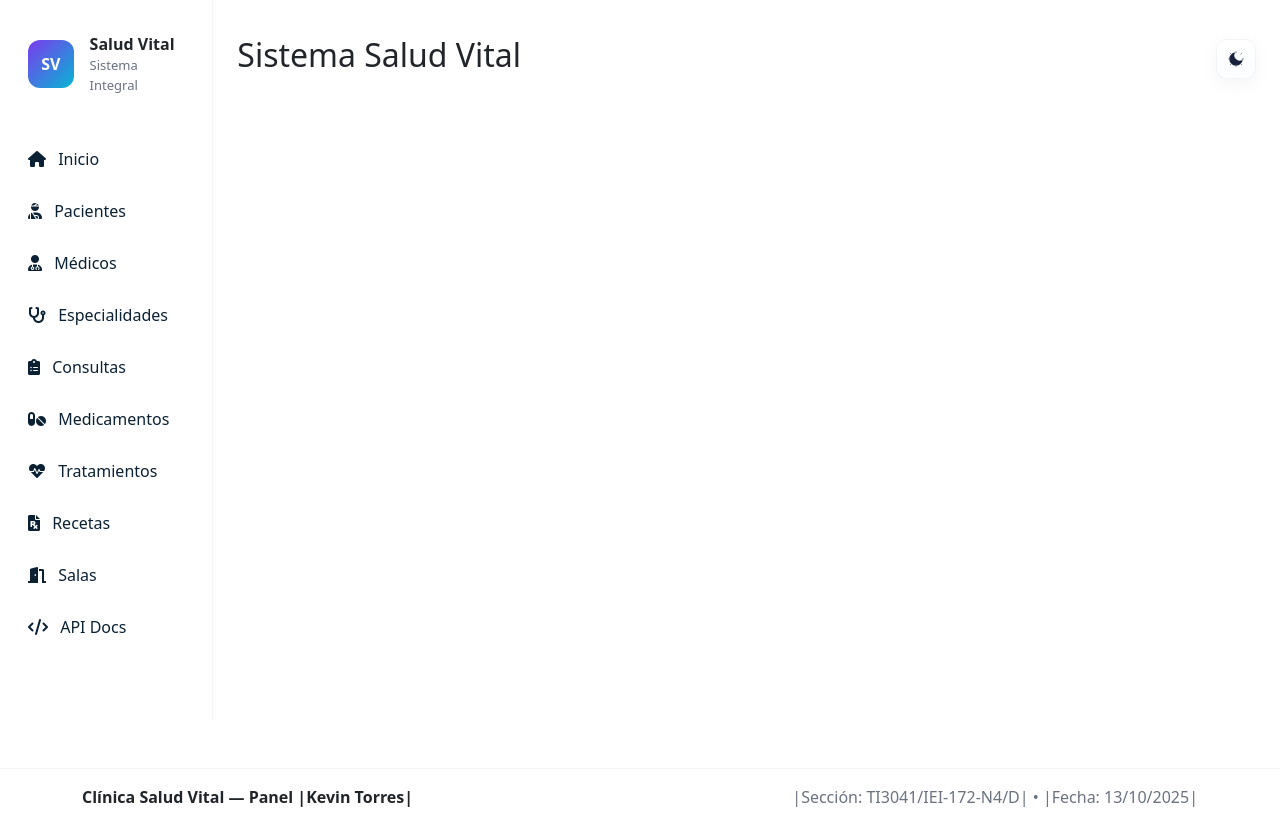
Repository: KeviNozh/eva2_clinica
Page: templates/base.html
These files come from the project's save history. The page is drawn as it stood at one moment and after the next save; the edit follows.
The browser window is 1280 px wide. The pictures show the whole page.
The template is drawn by Django 5.2. The application's start-up code is not run. The template is opened directly, without the code that normally fills it, so the values that code supplies are empty.

Above is the page before, as saved 2025-10-14 19:26:44.
Console error: TypeError: Cannot set properties of null (setting 'textContent')

After the next save:
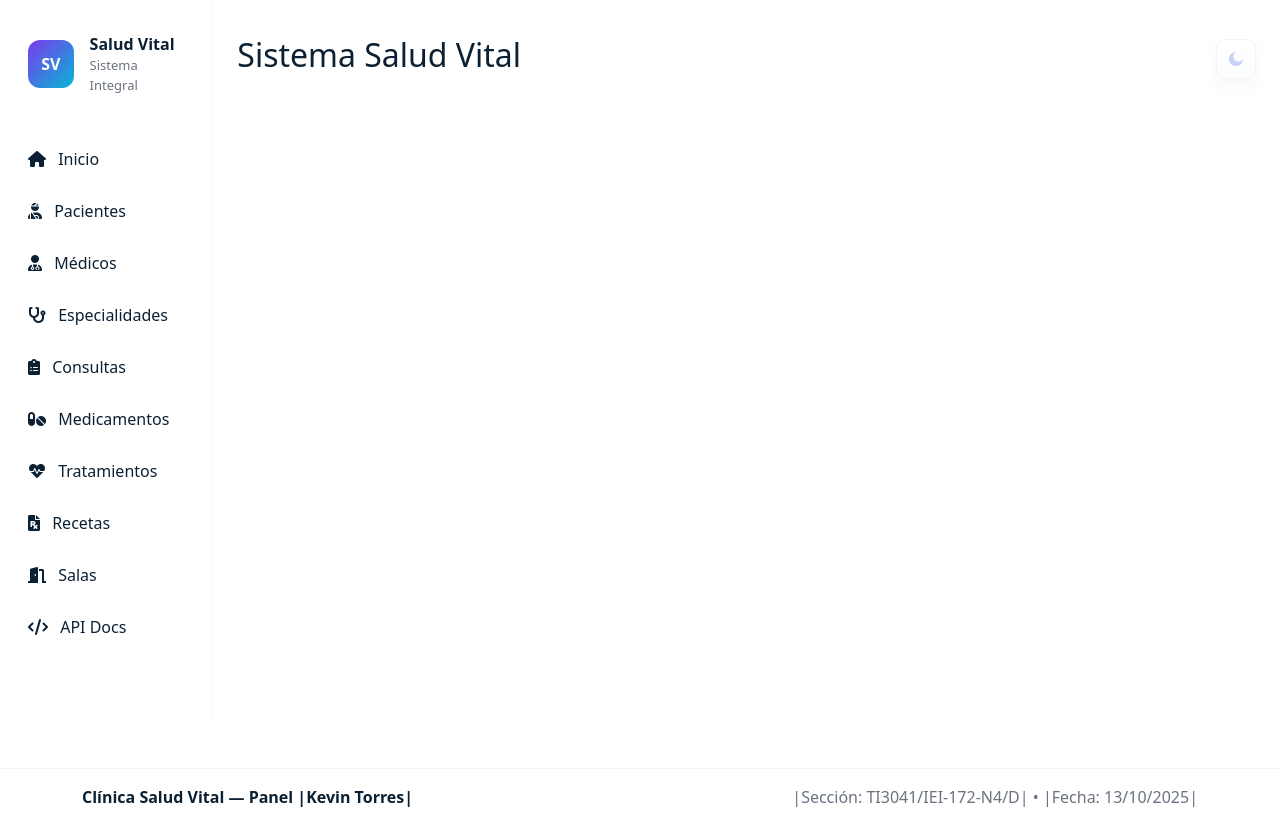
The error is gone.
Saved 3 min 5 s later.
--- a/templates/base.html
+++ b/templates/base.html
@@ -1,9 +1,30 @@
 <!DOCTYPE html>
-<html lang="es" data-theme="light">
+<html lang="es">
 <head>
     <meta charset="UTF-8">
     <meta name="viewport" content="width=device-width, initial-scale=1.0">
     <title>{% block title %}Sistema Salud Vital{% endblock %}</title>
+
+    <!-- Prevent theme flash: apply saved preference before CSS loads -->
+    <script>
+    (function(){
+        try {
+            const KEY = 'salud_vital_theme';
+            const saved = localStorage.getItem(KEY);
+            if (saved === 'dark') {
+                document.documentElement.setAttribute('data-theme', 'dark');
+            } else if (saved === 'light') {
+                document.documentElement.removeAttribute('data-theme');
+            } else {
+                const prefersDark = window.matchMedia && window.matchMedia('(prefers-color-scheme: dark)').matches;
+                if (prefersDark) document.documentElement.setAttribute('data-theme', 'dark');
+                else document.documentElement.removeAttribute('data-theme');
+            }
+        } catch (e) {
+            // Silently ignore (no localStorage access)
+        }
+    })();
+    </script>
 
     <!-- Bootstrap -->
     <link href="https://cdn.jsdelivr.net/npm/bootstrap@5.3.0/dist/css/bootstrap.min.css" rel="stylesheet">
@@ -43,7 +64,7 @@
         }
 
         * { box-sizing: border-box }
-        html, body { height: 100%; margin: 0; background: var(--bg); -webkit-font-smoothing: antialiased }
+        html, body { height: 100%; margin: 0; background: var(--bg); -webkit-font-smoothing: antialiased; color: var(--text); }
         a { color: inherit; text-decoration: none }
         button { font: inherit }
 
@@ -250,7 +271,7 @@
         <div class="container">
             <div class="d-flex justify-content-between align-items-center">
                 <div style="font-weight:700">Clínica Salud Vital — Panel |Kevin Torres| </div>
-                <div style="color: var(--muted);">|Sección: TI3041/IEI-172-N4/D| • |Fecha: 13/10/2025|</span></div>
+                <div style="color: var(--muted);">|Sección: TI3041/IEI-172-N4/D| • |Fecha: 13/10/2025|</div>
             </div>
         </div>
     </footer>
@@ -263,13 +284,14 @@
         const root = document.documentElement;
         const btn = document.querySelector('[data-theme-toggle]');
         const yearEl = document.getElementById('current-year');
-        yearEl.textContent = new Date().getFullYear();
+        if (yearEl) yearEl.textContent = new Date().getFullYear(); // protegido
 
         // SVG icons (sun for light, moon for dark)
         const ICON_SUN = '<svg width="18" height="18" viewBox="0 0 24 24" fill="none" aria-hidden><circle cx="12" cy="12" r="4" fill="#f59e0b"/><path d="M12 2v2M12 20v2M4.22 4.22l1.42 1.42M18.36 18.36l1.42 1.42M2 12h2M20 12h2M4.22 19.78l1.42-1.42M18.36 5.64l1.42-1.42" stroke="#fbbf24" stroke-width="1.1" stroke-linecap="round" stroke-linejoin="round"/></svg>';
         const ICON_MOON = '<svg width="18" height="18" viewBox="0 0 24 24" fill="none" aria-hidden><path d="M21 12.79A9 9 0 1111.21 3a7 7 0 109.79 9.79z" fill="#c7d2fe"/><path d="M21 12.79A9 9 0 1111.21 3" stroke="#94a3b8" stroke-width="0.6" stroke-linecap="round" stroke-linejoin="round" opacity="0.6"/></svg>';
 
         function applyTheme(theme){
+            if(!btn) return; // si no hay botón, salimos
             if(theme === 'dark'){
                 root.setAttribute('data-theme','dark');
                 btn.setAttribute('aria-pressed','true');
@@ -284,29 +306,36 @@
         }
 
         // initial: saved preference > prefers-color-scheme > default light
-        const saved = localStorage.getItem(KEY);
-        if(saved === 'dark' || saved === 'light'){
-            applyTheme(saved);
-        } else {
+        try {
+            const saved = localStorage.getItem(KEY);
+            if(saved === 'dark' || saved === 'light'){
+                applyTheme(saved);
+            } else {
+                const prefersDark = window.matchMedia && window.matchMedia('(prefers-color-scheme: dark)').matches;
+                applyTheme(prefersDark ? 'dark' : 'light');
+            }
+        } catch(e) {
+            // ignore storage errors and default to system
             const prefersDark = window.matchMedia && window.matchMedia('(prefers-color-scheme: dark)').matches;
             applyTheme(prefersDark ? 'dark' : 'light');
         }
 
-        btn.addEventListener('click', function(){
-            const isDark = root.getAttribute('data-theme') === 'dark';
-            const next = isDark ? 'light' : 'dark';
-            applyTheme(next);
-            localStorage.setItem(KEY, next);
-        });
-
-        // Keep keyboard accessible (Enter / Space)
-        btn.addEventListener('keydown', function(e){
-            if(e.key === 'Enter' || e.key === ' '){
-                e.preventDefault();
-                btn.click();
-            }
-        });
-
+        if (btn) {
+            btn.addEventListener('click', function(){
+                const isDark = root.getAttribute('data-theme') === 'dark';
+                const next = isDark ? 'light' : 'dark';
+                applyTheme(next);
+                try { localStorage.setItem(KEY, next); } catch(e) {}
+            });
+
+            // Keep keyboard accessible (Enter / Space)
+            btn.addEventListener('keydown', function(e){
+                if(e.key === 'Enter' || e.key === ' '){
+                    e.preventDefault();
+                    btn.click();
+                }
+            });
+        }
     })();
     </script>
 
